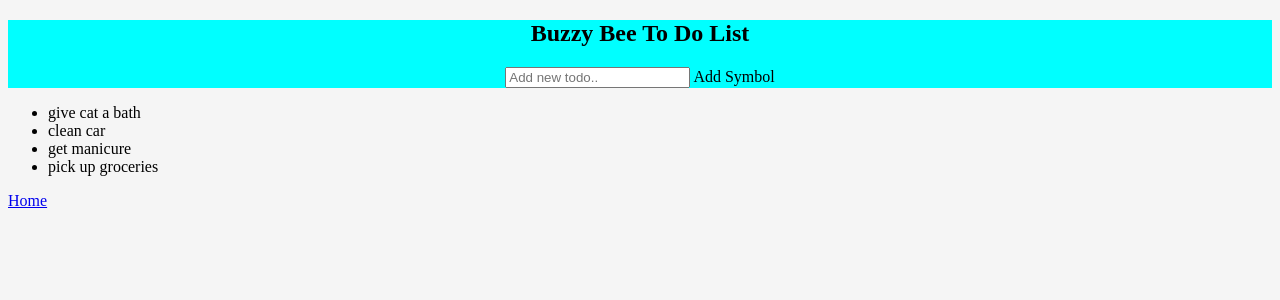
Repository: seleniadelgado/backend-spring2020-angie
Page: projects/todo/public_html/index.html
These files come from the project's save history. The page is drawn as it stood at one moment and after the next save; the edit follows.
The browser window is 1280 px wide. The pictures show the whole page.

Above is the page before, as saved 2020-05-11 17:57:37.
Console error: ReferenceError: d is not defined

After the next save:
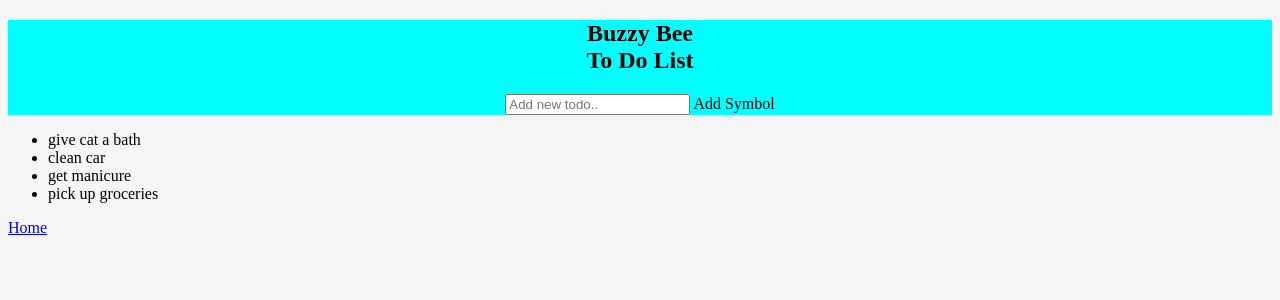
Saved 21 s later.
--- a/projects/todo/public_html/index.html
+++ b/projects/todo/public_html/index.html
@@ -15,7 +15,7 @@
 </head>
 <body>
     <div class="sectionTitle">
-        <h2>Buzzy Bee To Do List</h2>
+        <h2>Buzzy Bee <br> To Do List</h2>
         <div id="addNote">
             <input type="text" id="newNote" placeholder="Add new todo..">
             <span class="addBtn">Add Symbol</span>
